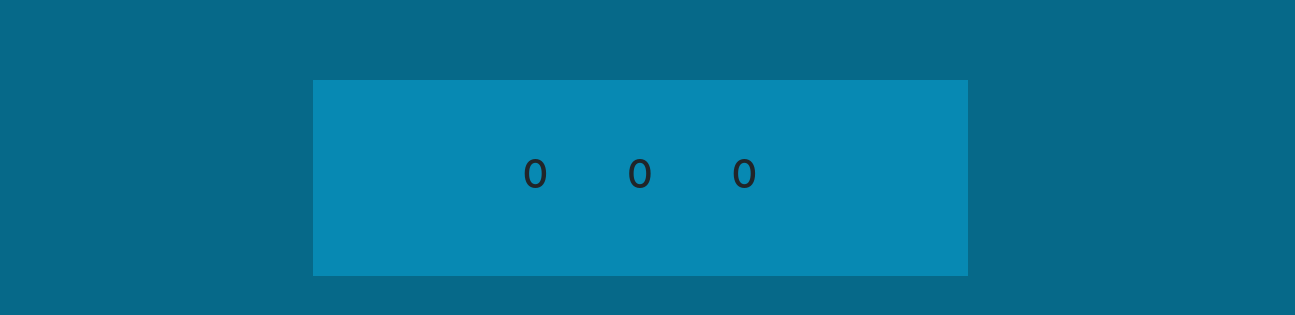
Repository: moiz9265/stopwatch
Page: index.html
These files come from the project's save history. The page is drawn as it stood at one moment and after a run of saves; the edit follows.
The browser window is 1280 px wide. The page is 1295 px wide, so the pictures cover 1295 px, including what lies to the right of the window. The pictures show the whole page.

Above is the page before, as saved 2020-07-09 22:56:33.

After the next 2 saves:
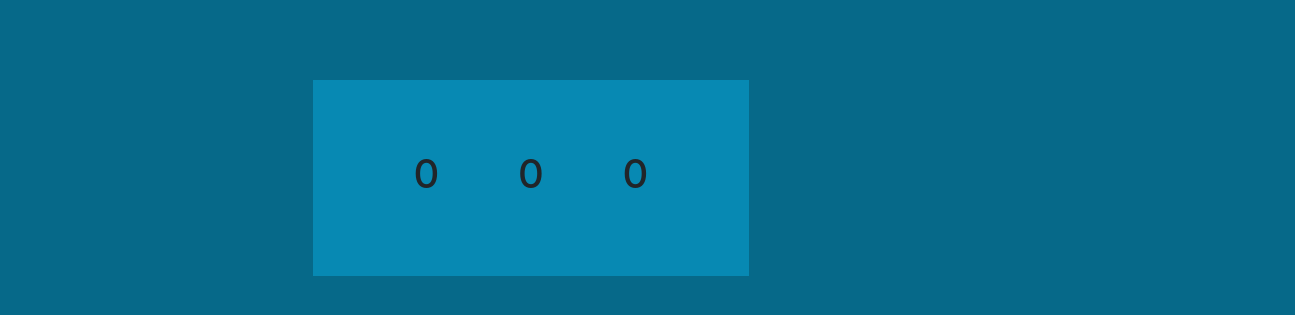
The 2 saves are shown as one change because they came seconds apart.
The last was saved 20 s later.
--- a/index.html
+++ b/index.html
@@ -16,7 +16,7 @@
             <div class="col-md-3">
 
             </div>
-            <div id="maindiv" style=" text-align: center;" class="col-sm-12 col-md-6">
+            <div id="maindiv" style=" text-align: center;" class="col-sm-12 col-md-4">
                 <h1>0</h1>
                 <h1>0</h1>
                 <h1>0</h1>
